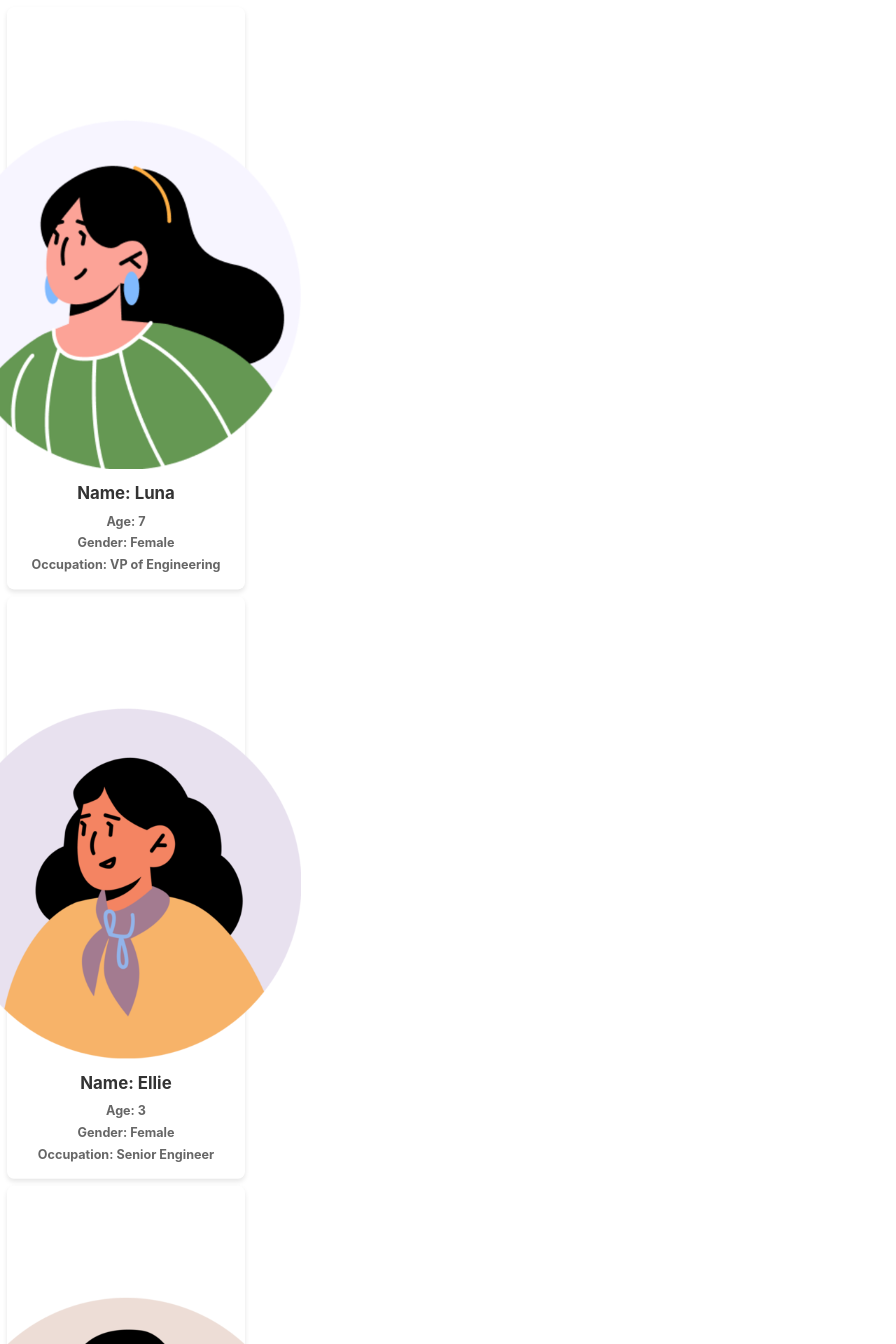
Repository: mahsa199170/React-Props-projects
Page: / (app in profile-app/)
The author's editor kept a copy of each file at every save. The page is drawn from the files as they stood at one save, then again after the next save.
The browser window is 1280 px wide. The pictures show the part of the page from y = 0 to 1920 px (the page is 3378 px tall before and 3418 px after), at 70% of full size.
The project was rebuilt for these pictures with package versions that can differ from the ones it lists, and the page was loaded fresh each time.

Above is the page before, as saved 2024-11-18 15:49:02.

After the next save:
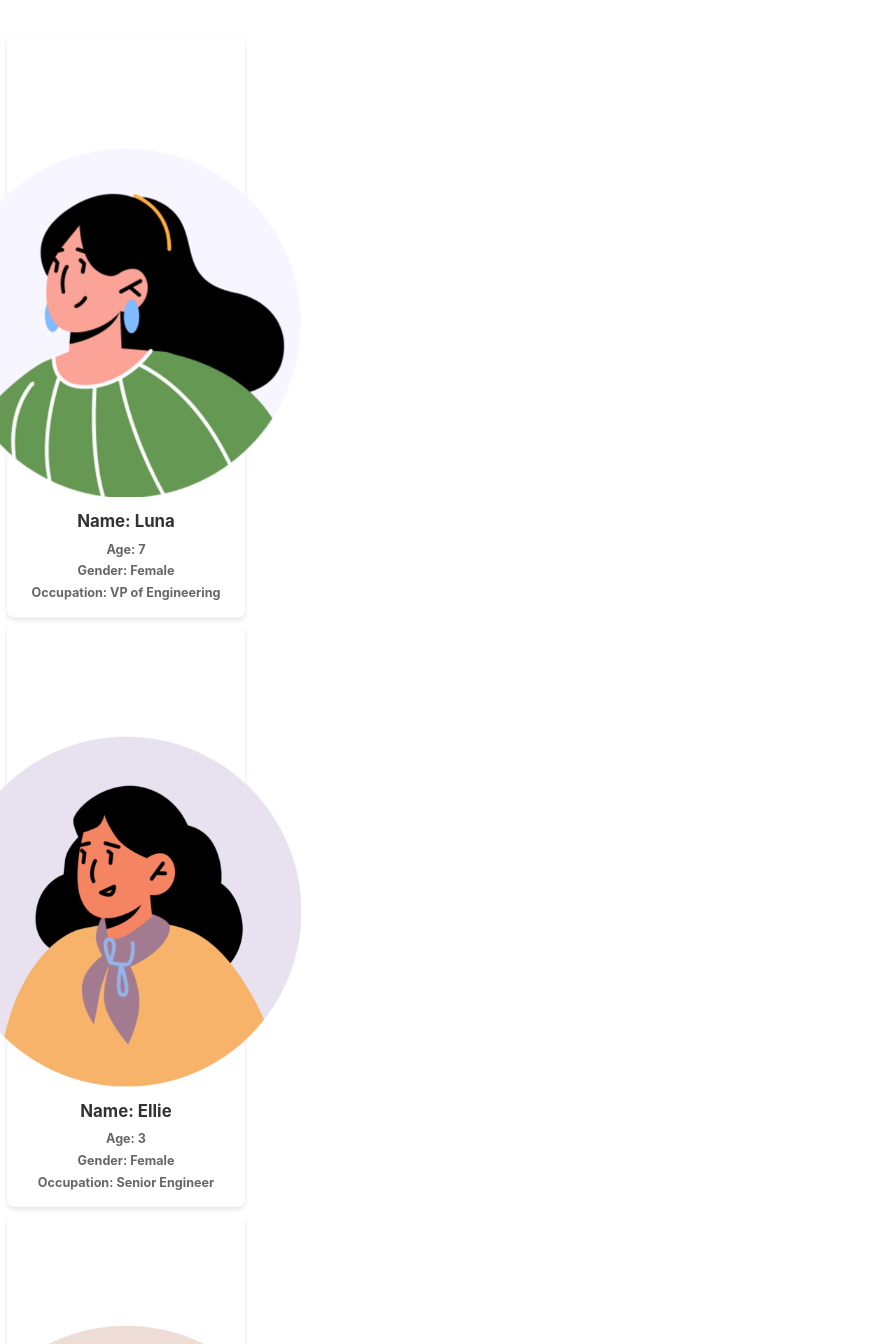
Saved 18 s later.
--- a/profile-app/src/App.js
+++ b/profile-app/src/App.js
@@ -1,4 +1,4 @@
-import './App.css';
+import './App.scss';
 import Profile from './components/profile/Profile';
 import { people } from './personalInfo';
 
